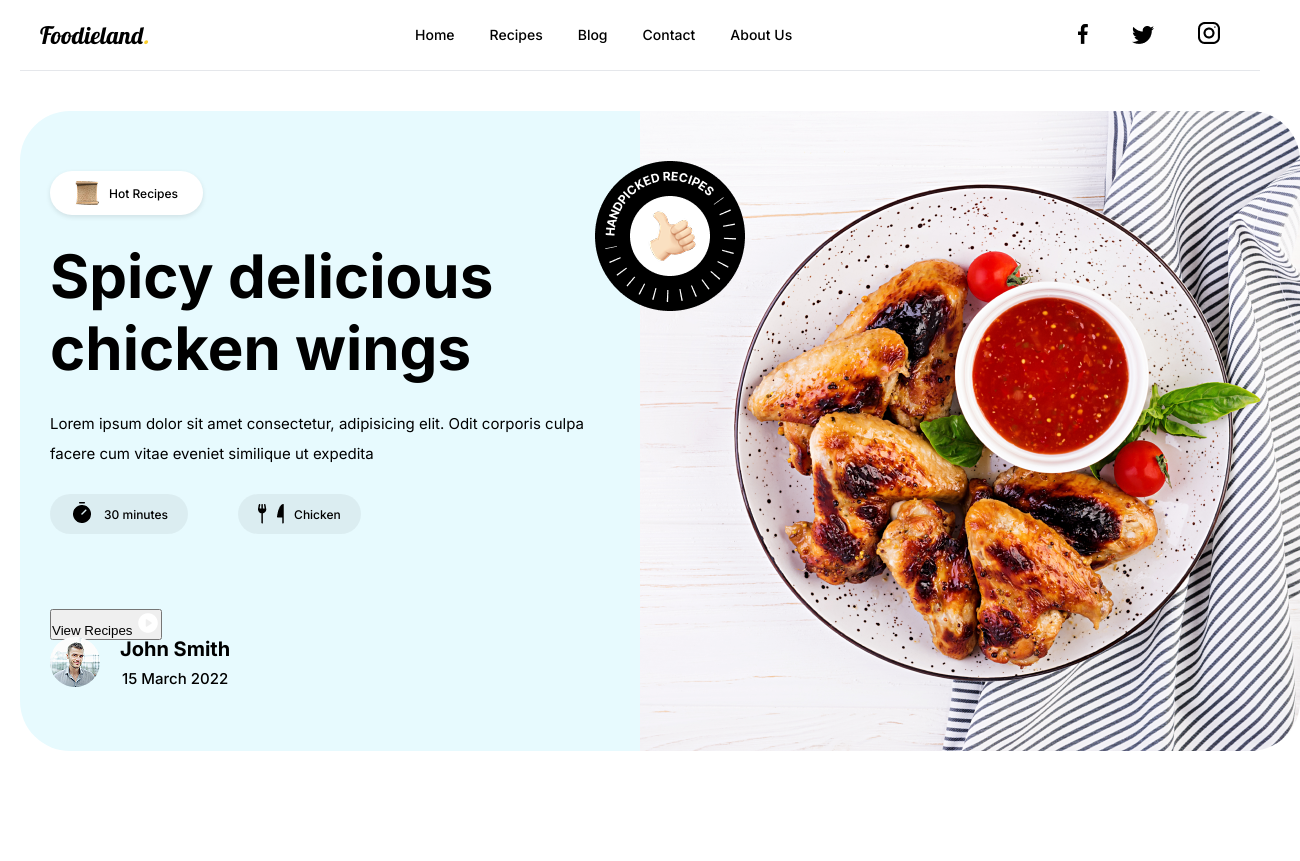
Repository: SolomonChinonso/Advanced-html-and-css-project
Page: index.html
These files come from the project's save history. The page is drawn as it stood at one moment and after the next save; the edit follows.
The browser window is 1280 px wide. The page is 1300 px wide, so the pictures cover 1300 px, including what lies to the right of the window. The pictures show the whole page.

Above is the page before, as saved 2026-04-16 13:36:44.

After the next save:
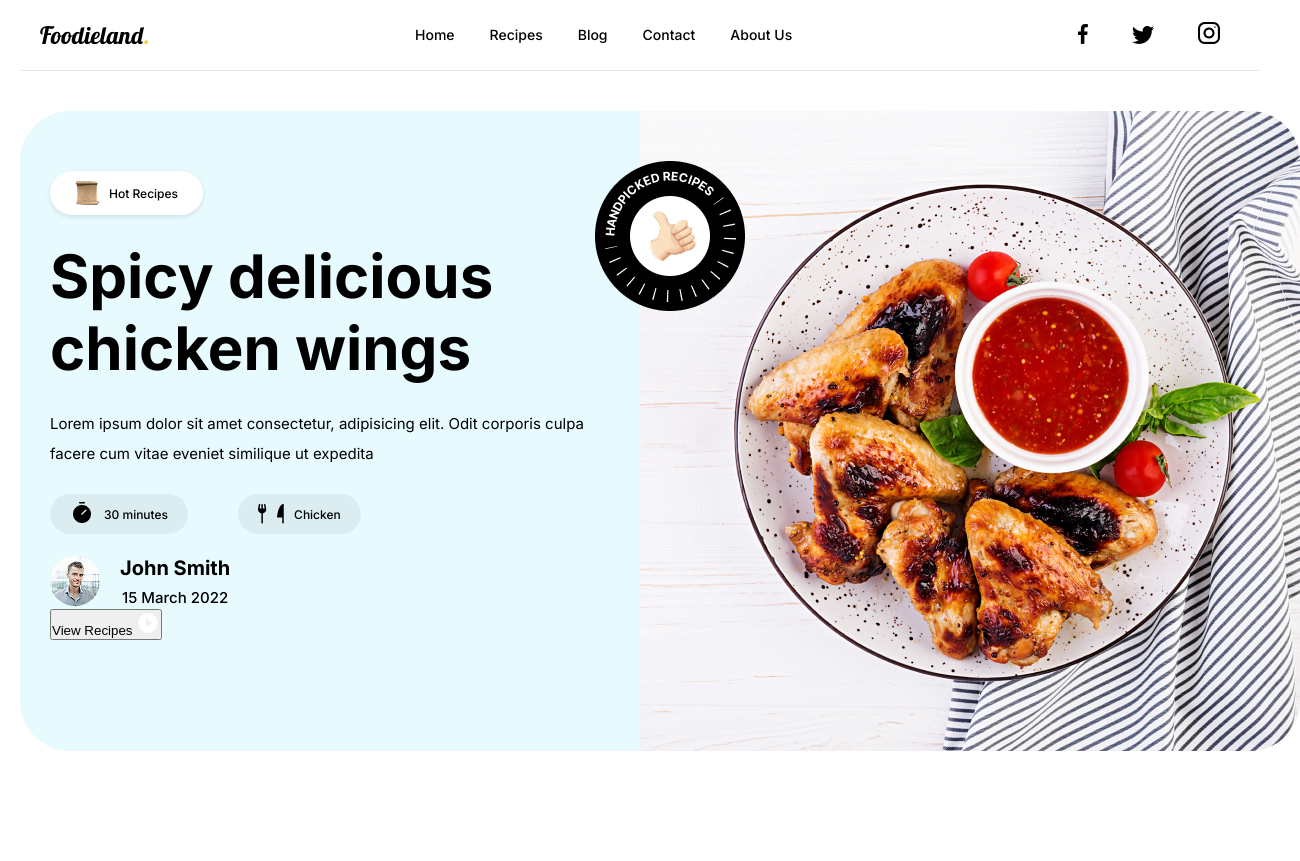
Saved 12 s later.
--- a/style.css
+++ b/style.css
@@ -147,7 +147,7 @@ p{
     justify-content: center;
     gap: 20px;
     position: relative;
-    bottom: -90px;
+    bottom: -9px;
 }
 .author-details{
     display: flex;
